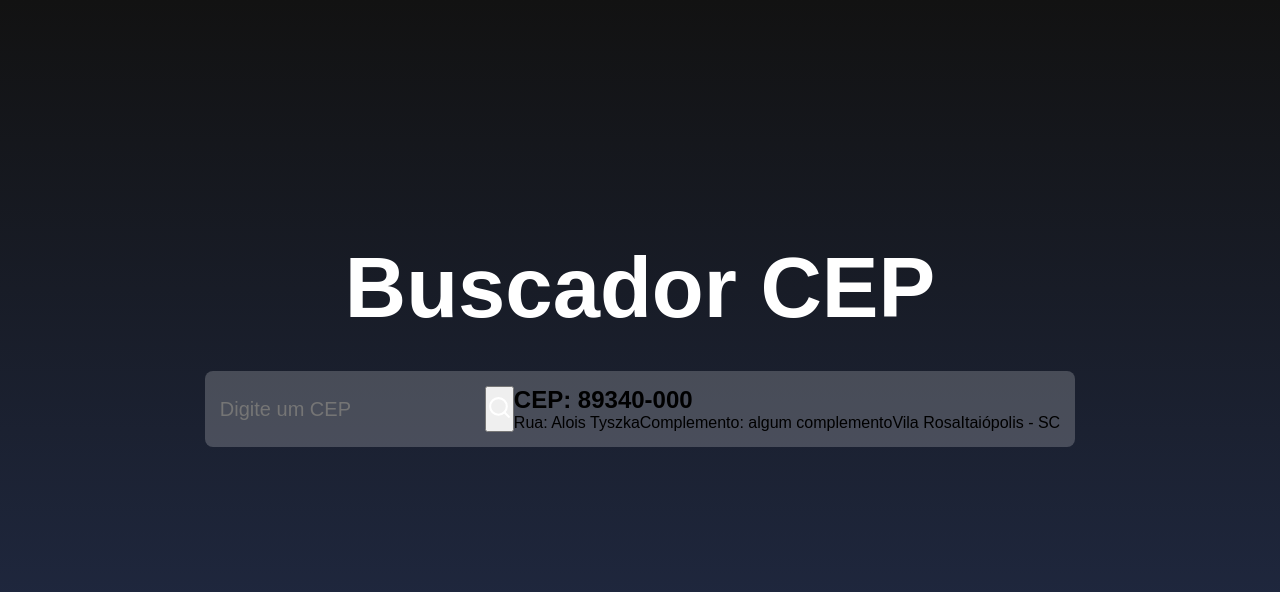
Repository: WelyntonRenan/buscador-cep
Page: / (app in buscador/)
The author's editor kept a copy of each file at every save. The page is drawn from the files as they stood at one save, then again after the next save.
The browser window is 1280 px wide. The pictures show the whole page.
The project was rebuilt for these pictures with package versions that can differ from the ones it lists, and the page was loaded fresh each time.

Above is the page before, as saved 2022-11-13 23:46:27.

### buscador/public/index.html
<!DOCTYPE html>
<html lang="en">

<head>
  <meta charset="utf-8" />
  <link rel="icon" href="%PUBLIC_URL%/favicon.ico" />
  <meta name="viewport" content="width=device-width, initial-scale=1" />
  <meta name="theme-color" content="#000000" />
  <meta name="description" content="Web site created using create-react-app" />
  <link rel="apple-touch-icon" href="%PUBLIC_URL%/logo192.png" />
  <!--
      manifest.json provides metadata used when your web app is installed on a
      user's mobile device or desktop. See https://developers.google.com/web/fundamentals/web-app-manifest/
    -->
  <link rel="manifest" href="%PUBLIC_URL%/manifest.json" />
  <!--
      Notice the use of %PUBLIC_URL% in the tags above.
      It will be replaced with the URL of the `public` folder during the build.
      Only files inside the `public` folder can be referenced from the HTML.

      Unlike "/favicon.ico" or "favicon.ico", "%PUBLIC_URL%/favicon.ico" will
      work correctly both with client-side routing and a non-root public URL.
      Learn how to configure a non-root public URL by running `npm run build`.
    -->
  <title>Buscador</title>
</head>

<body>
  <noscript>You need to enable JavaScript to run this app.</noscript>
  <div id="root"></div>
  <!--
      This HTML file is a template.
      If you open it directly in the browser, you will see an empty page.

      You can add webfonts, meta tags, or analytics to this file.
      The build step will place the bundled scripts into the <body> tag.

      To begin the development, run `npm start` or `yarn start`.
      To create a production bundle, use `npm run build` or `yarn build`.
    -->
</body>

</html>

### buscador/src/App.js
import React from 'react';
import { FiSearch } from 'react-icons/fi';
import './styles.css';

function App() {
  return (
    <div className="container">
      <h1 className="title">Buscador CEP</h1>

      <div className="containerInput">
        <input
          type="text"
          placeholder="Digite um CEP"
        />

        <button className="buttonSearch">
          <FiSearch size={25} color="#FFF" />
        </button>

        <main className='main'>
          <h2>CEP: 89340-000</h2>

          <span>Rua: Alois Tyszka</span>
          <span>Complemento: algum complemento</span>
          <span>Vila Rosa</span>
          <span>Itaiópolis - SC</span>

        </main>

      </div>

    </div>
  );
}

export default App;

### buscador/src/styles.css
.container {
  height: 100vh;
  display: flex;
  justify-content: center;
  align-items: center;
  flex-direction: column;
  background: linear-gradient(#121212, #212B46);
}

.title {
  font-size: 85px;
  color: #FFF;
  animation: flipTitle 2s;
}

@keyframes flipTitle {
  from {
    transform: rotateX(90deg);
  }

  to {
    transform: rotateX(0deg);
  }
}

.containerInput {
  background-color: rgba(255, 255, 255, 0.2);
  padding: 15px;
  margin: 34px 0;
  display: flex;
  border-radius: 8px;
  box-shadow: 1px, 3px, 8px rgba(0, 0, 0, 0.5);
}

.containerInput input {
  background-color: transparent;
  border: 0;
  font-size: 20px;
  color: #FFF;
}

Loaded but not shown: buscador/src/index.js (common file); buscador/src/index.css (common file)

After the next save:
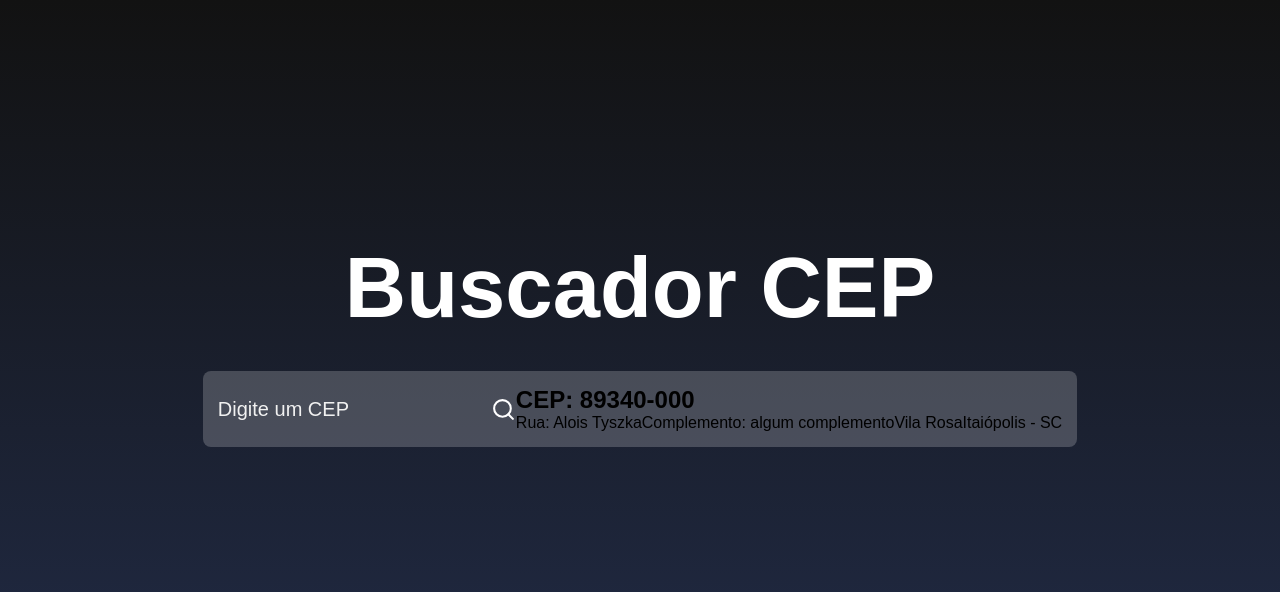
Saved 3 min 51 s later.
--- a/buscador/src/styles.css
+++ b/buscador/src/styles.css
@@ -37,4 +37,24 @@
   border: 0;
   font-size: 20px;
   color: #FFF;
+  outline: none;
+  margin-right: 8px;
 }
+
+.containerInput input::placeholder {
+  color: #f1f1f1;
+}
+
+.buttonSearch {
+  background-color: transparent;
+  border: 0;
+  display: flex;
+  justify-content: center;
+  align-items: center;
+  cursor: pointer;
+  transition: transform 0.5s;
+}
+
+.buttonSearch:hover {
+  transform: scale(1.2);
+}
